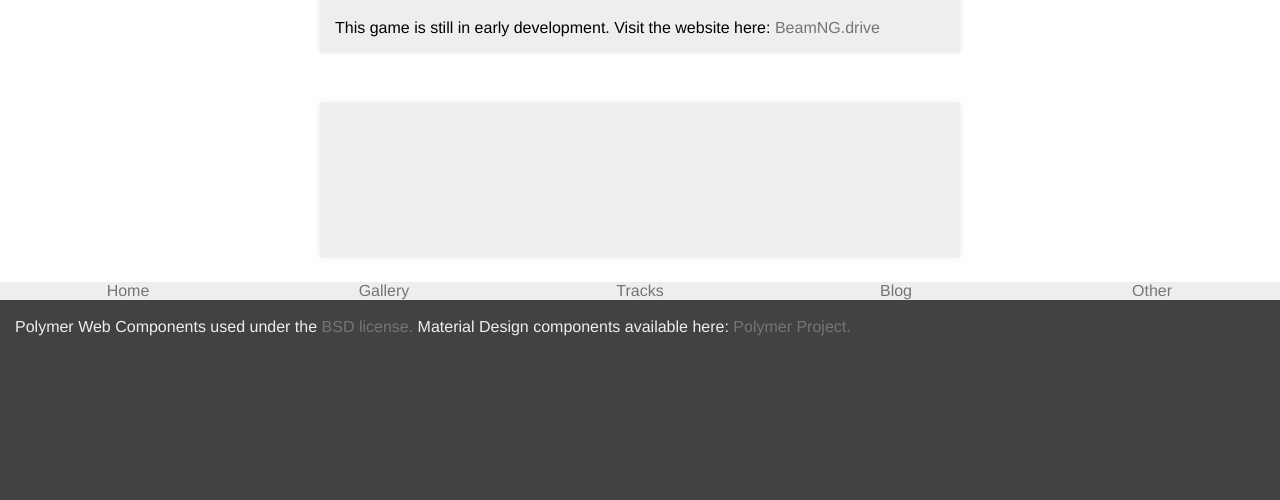
Repository: willzhang05/willzhang05.github.io-old
Page: gallery.html
The author's editor kept a record of every edit. The page is drawn from the files as they stood at one moment, then again after the next edit.
The browser window is 1280 px wide. The pictures show the part of the page from y = 720 to 1220 px (the page is 1220 px tall).

Above is the page before.

### gallery.html
<!DOCTYPE html>
	<script type="text/javascript">
	</script>
	<head>
		<link rel="icon" type="image/png" href="https://www.blogger.com/favicon-image.g?blogID=6274754737357801226">
		<link rel="stylesheet" type="text/css" href="main-style.css">
		<link rel="import" href="bower_components/polymer/polymer.html">
		<link rel="import" href="bower_components/paper-ripple/paper-ripple.html">
		<link rel="import" href="bower_components/core-icons/core-icons.html">
		<link rel="import" href="bower_components/font-roboto/roboto.html">
		<link rel="import" href="bower_components/paper-menu-button/paper-menu-button.html">
		<link rel="import" href="bower_components/paper-dropdown/paper-dropdown.html">
		<link rel="import" href="bower_components/paper-elements/paper-elements.html">
		<link rel="import" href="bower_components/core-menu/core-menu.html">
		<link rel="import" href="bower_components/core-dropdown-menu/core-dropdown-menu.html">
		<link rel="import" href="bower_components/paper-shadow/paper-shadow.html">
	</head>
	<title>Gallery - WZProjects</title>
	<body>
		<div class="header">
				<a href="http://williamzhangprojects.weebly.com/">
					<div class="logo">
						<img src="http://www.weebly.com/editor/uploads/2/3/6/9/23695399/custom_themes/719394829414708226/files/WZProjectslogo.png?1415145218503" width="640" height="200" alt="WZProjects"/>
					</div>
				</a>
		</div>
		<br/>
		<paper-shadow z="1">
		<div class="topbanner">
			<paper-menu-button>
				<paper-icon-button style="margin:10%;" icon="menu" role="button" tabindex="0" aria-label="menu">
						<paper-ripple></paper-ripple>
				</paper-icon-button>
				<paper-dropdown class="dropdown">
						<paper-item>
							<a class="links" href="index.html">
								Home
							</a>
						</paper-item>
						<paper-item>
							<a class="links" href="gallery.html">
								Gallery
							</a>
						</paper-item>
						<paper-item>
							<a class="links" href="tracks.html">
								Tracks
							</a>
						</paper-item>
						<paper-item>
							<a class="links" href="http://thewiztechblog.blogspot.com/">
								Blog
							</a>
						</paper-item>
						<paper-item>
							<a class="links" href="other.html">
								Other
							</a>
						</paper-item>
				</paper-dropdown>
			</paper-menu-button>
		</div>
		</paper-shadow>
		<!--<paper-shadow class="shadow" z="0" animated>-->
		<paper-shadow z="1">
		<div id="card-1" class="content">
			<h1 style="padding:10px;">BeamNG.drive Gameplay</h1>
			<div style="text-align:center;">
				<iframe width="64%" height="360px" style="border:none;" src="http://www.youtube.com/embed/0Np-dQfyBwY" allowfullscreen>
				</iframe>
			</div>
			<div style="padding:15px;">
				<span>This game is still in early development. Visit the website here:
					<a class="source" href="http://beamng.com/" target="_blank">BeamNG.drive</a>
				</span>
			</div>
		</div>
		</paper-shadow>
		<!--</paper-shadow>
		<paper-shadow class="shadow" z="0" animated>-->
		<paper-shadow z="1">
		<div id="card-2" class="content">
			<paper-item>
				<canvas id="myCanvas" class="test">
				</canvas>
				<script>

				</script>
			</paper-item>
		</div>
		</paper-shadow>
		<!--</paper-shadow>-->
		<div class="footer">
			<div class="categories">
				<paper-shadow z="1">
				<paper-item style="width:20%; float:left; text-align:center;">
					<a class="links" href="index.html">
						Home
					</a>
				</paper-item>
				<paper-item style="width:20%; float:left; text-align:center;">
					<a class="links" href="">
						Gallery
					</a>
				</paper-item>
				<paper-item style="width:20%; float:left; text-align:center;">
					<a class="links" href="">
						Tracks
					</a>
				</paper-item>
				<paper-item style="width:20%; float:left; text-align:center;">
					<a class="links" href="">
						Blog
					</a>
				</paper-item>
				<paper-item style="width:20%; float:left; text-align:center;">
					<a class="links" href="">
						Other
					</a>
				</paper-item>
				</paper-shadow>
			</div>
			<paper-shadow z="1">
			<div class="attribution">
				<br/>
				<span style="margin-left:15px; display:inline-block;">
					Polymer Web Components used under the
					<a class="source" href="http://polymer.github.io/LICENSE.txt" target="_blank">BSD license.</a>
					Material Design components available here:
					<a class="source" href="http://www.polymer-project.org/" target="_blank">Polymer Project.</a>
				</span>
			</div>
			</paper-shadow>
		</div>
	</body>

### main-style.css
body {
	width:100%;
	height:100%;
	/*background-image:url('http://3.bp.blogspot.com/-h8gDuAoLEFo/UyZgvVFvgfI/AAAAAAAABSM/yMn5jEKHZ8o/s1600/Apple-OS-X-10-9-Mavericks-Wallpaper.jpg');*/
	/*background-image:url('http://www.weebly.com/editor/uploads/2/3/6/9/23695399/custom_themes/719394829414708226/files/background.jpg?1415145050831');
	background-size:255%;*/
	font-family: RobotoDraft, Helvetica Neue, Helvetica, sans-serif;
	margin:0px;
	-webkit-user-select: none;
    -moz-user-select: none;
    -ms-user-select: none;
    user-select: none;
    -webkit-tap-highlight-color: rgba(0,0,0,0);
    -webkit-touch-callout: none;
}

a {
	color:#757575;
	text-decoration:none;
}

h1 {
	font-family: RobotoDraft, Helvetica Neue, Helvetica, sans-serif;
	font-size:16px;
	margin:5px;
}

.header {
	height:220px;
	background-color:rgb(57,117,215);
	/*background:linear-gradient(#FF6D00, rgb(57,117,215));*/
}

.logo {
	width:100%;
	height:220px;
	float:left;
	clear:both;
}

.topbanner {
	width:100%;
	height:48px;
	margin-top:-20px;
	margin-bottom:20px;
	background-color:#D4D4D4 /*#1976D2*/;
	/*-webkit-box-shadow: 0 0 6px rgba(0,0,0,0.1);
	box-shadow: 0 0 6px rgba(0,0,0,0.1);*/
}

.sidebar {
	width:40%;
	height:500px;
	float:left;
	margin-bottom:0px;
	background-color: #EEEEEE;
	/*-webkit-box-shadow: 0 0 6px rgba(0,0,0,0.1);
	box-shadow: 0 0 6px rgba(0,0,0,0.1);*/
	overflow-y: auto;
	position: relative;
}

.content {
	cursor:pointer;
	width:50%;
	margin-left:25%;
	float:left;
	background-color:#EEEEEE;
	-webkit-box-shadow: 0 0 6px rgba(0,0,0,0.1);
	box-shadow: 0 0 6px rgba(0,0,0,0.1);

}

.content:active {
	box-shadow: 0 8px 17px 0 rgba(0, 0, 0, 0.2);
}

#card-1 {
	margin-top:2%;
	margin-bottom:2%;
}

#card-1:active {
	margin-top:1.75%;
	margin-bottom:2.25%;
}

#card-2 {
	margin-top:2%;
	margin-bottom:2%;
}

#card-2:active {
	margin-top:1.75%;
	margin-bottom:2.25%;
}

.shadow {
	z-index:0;
}

.shadow:active {
	z-index:2;
}

.footer {
	width:100%;
	margin-top:50%;
}

.categories {
	width:100%;
	height:5%;
	overflow:hidden;
	background-color:#EEEEEE;
	/*-webkit-box-shadow: 0 0 6px rgba(0,0,0,0.1);
	box-shadow: 0 0 6px rgba(0,0,0,0.1);*/
	/*position:fixed;
	top:95%;*/
}

.attribution {
	width:100%;
	height:200px;
	background-color:#424242; /*Meaning of life 6x*/
	color:#EEEEEE;
}

.source:hover {
	color:black;
	text-decoration:underline;
}

.test {
	color:black;
	/*Test ideas here*/
}

.gallery {
	margin:auto;
}

.troll {
	float:left;
    -webkit-touch-callout: none;
    -webkit-user-select: none;
    -khtml-user-select: none;
    -moz-user-select: none;
    -ms-user-select: none;
    user-select: none;
}

.clearleft{
	clear:left;
}

.links:hover {
	font-weight:bold;
}

.links:active {
	color:black;
}

After the next edit:
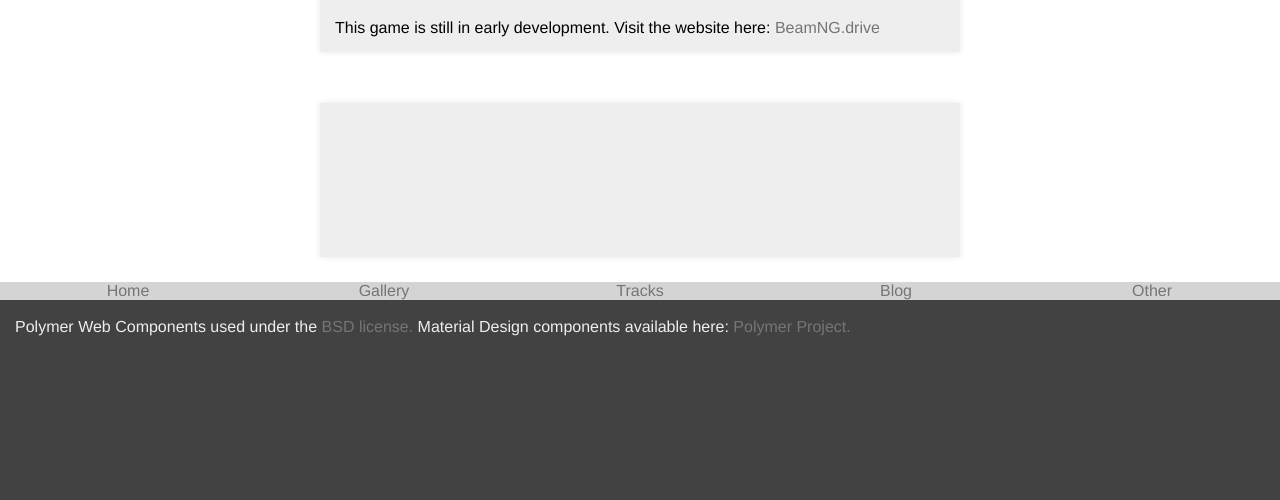
The edit:
--- a/main-style.css
+++ b/main-style.css
@@ -112,7 +112,7 @@
 	width:100%;
 	height:5%;
 	overflow:hidden;
-	background-color:#EEEEEE;
+	background-color:#D4D4D4;
 	/*-webkit-box-shadow: 0 0 6px rgba(0,0,0,0.1);
 	box-shadow: 0 0 6px rgba(0,0,0,0.1);*/
 	/*position:fixed;
